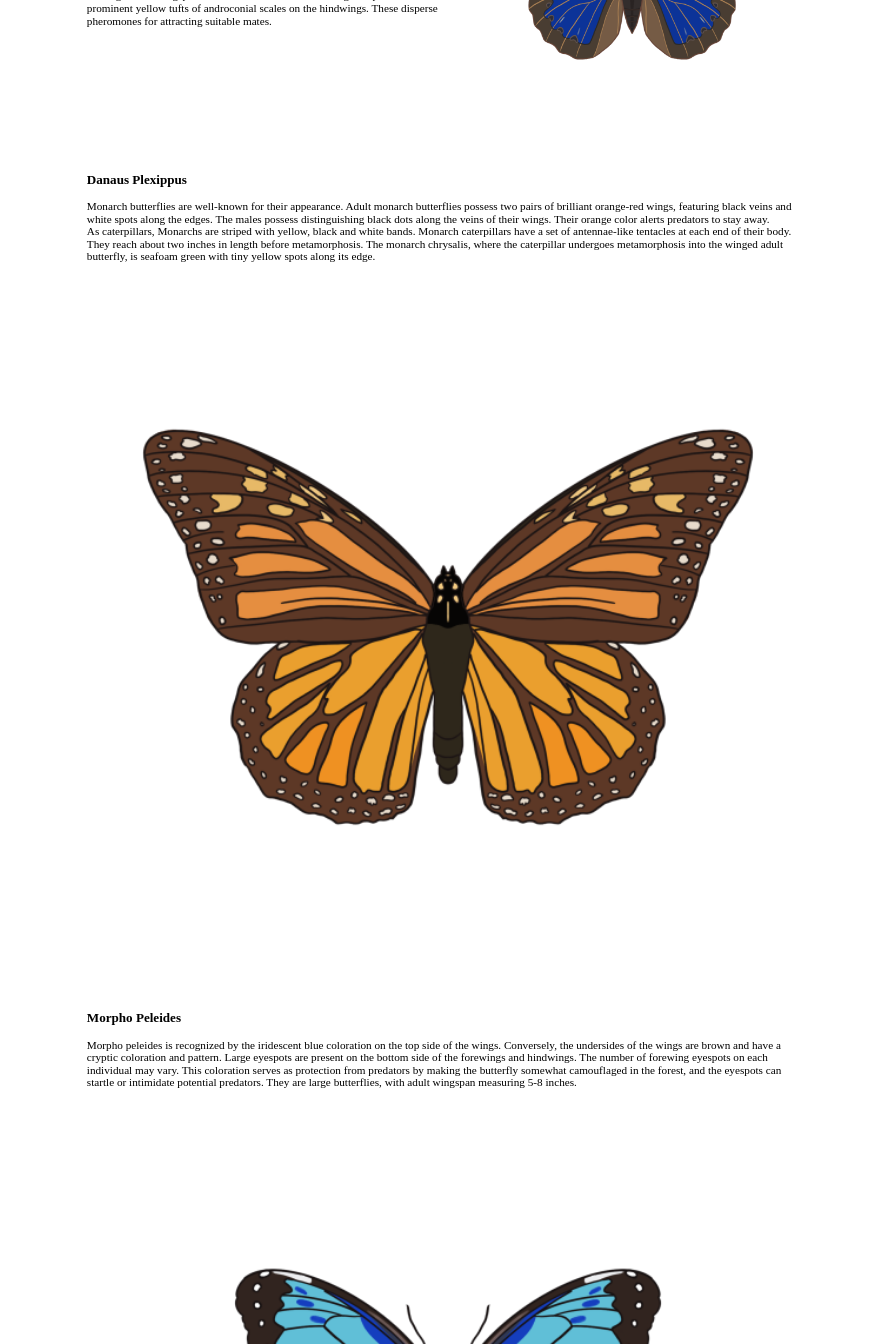
Repository: MeowCeline00/assessment-2
Page: /
These files come from the project's save history. The page is drawn as it stood at one moment and after the next save; the edit follows.
The browser window is 1280 px wide. The pictures show the part of the page from y = 1160 to 3080 px (the page is 8921 px tall before and 8249 px after), at 70% of full size.
The project was rebuilt for these pictures with package versions that can differ from the ones it lists, and the page was loaded fresh each time. The framework's server and built-in components were replaced by stand-ins that run in the browser. Also part of the build but not shown: next.config.mjs.

Above is the page before, as saved 2024-02-07 23:34:43.

### pages/index.js
import Head from "next/head";
import { useState } from "react";
import styles from "@/styles/Home.module.css";
import Header from "@/Components/Header";
import Footer from "@/Components/Footer";
import Contents from "@/Components/Contents";


export default function Home() {

  // Butterfly Patterns
  const classFilters = {
    //key : value
    1: 'Agrias Aedon Hewitson',
    2: 'Danaus Plexippus',
    4: 'Morpho Peleides',
    8: 'Ornithoptera Goliath',
    16: 'Pachliopta Hector',
    32: 'Parides Agavus',
    64: 'Trogonoptera Trojana'
  }

  const [input, setInput] = useState();
                                    // 3
                                    // 2 & 2 Remainder 1
                                    // 1 & 1 Remainder 0
                                    // 9
                                    // 8 & 8 Remainder 1
                                    // 1 & 1 Remainder 0
  const getClassStyle = flagValue => (input & flagValue) > 0 ? {backgroundColor: 'yellow'} : null;

  return (
    <>
      <Head>
        <title>General View of Butterfly Wing Patterns</title>
        <meta name="description" content="General View of Butterfly Wing Patterns" />
        <meta name="viewport" content="width=device-width, initial-scale=1" />
        <link rel="icon" href="/butt_favicon.ico" />
      </Head>
      <Header />
      <main className={`${styles.main}`}>
       <input
       id="input"
       type="text"
       placeholder='Bitmask Decimal'
       value={input}
       onChange={event => setInput(event.target.value)}
       />
       <table>
        <tbody>
          {
            Object.keys(classFilters).map(item => (
              <tr key={item} style={getClassStyle(item)}>
                <td>{item}</td>
                <td>{classFilters[item]}</td>
              </tr>
            ))
          }
        </tbody>
       </table>
       <Contents />
      </main>
      <Footer />
    </>
  );
}

### styles/globals.css
:root {
    --h1: rgb(15, 64, 162);
    --h2: rgb(203, 165, 27);
    --header-background: #d1d1d1;

}

### styles/Home.module.css
.main {
  display: flex;
  flex-direction: column;
  justify-content: space-between;
  align-items: center;
  padding: 6rem;
  min-height: 20vh;
}

### Components/Header/index.js
import Image from 'next/image';
import styles from './Header.module.css';

export default function Header() {
    return (
        <header className={styles.header}>
            <div className={styles.titleArea}>
                <h1> Colorful Butterflies</h1>
                <h2> A General Peek at Butterfly Wing Patterns</h2>
            </div>
            <div className={styles.logoArea}>
                <img src={"/logo.png"} alt="Butterfly Logo" width={350} />
            </div>
        </header>
    );
}

### Components/Footer/index.js
import styles from './Footer.module.css'


export default function Footer() {

    return(
        <footer className={styles.footer}>
            © Created by Congling
        </footer>
    )
}

### Components/Contents/index.js
import Image from 'next/image';
import styles from './Contents.module.css';

export default function Contents() {
    return (
        <contents className={styles.contents}>
            <div className={styles.projectDescription}>
            <h1>About</h1>
            <p>This project is my personal project, trying to explore different patterns for the wings of butterflies.
                On this occasion, I tried to draw several variety of Butterflies as referred to the original breed, including
               Agrias Aedon Hewitson, Danaus Plexippus, Morpho Peleides, Ornithoptera Goliath, Pachliopta Hector, Parides Agavus,
               and Trogonoptera Trojana.
            </p>
            </div>
            <div className={styles.butterflyPatterns}>
              <div className={styles.butterflyPattern}>
                <div className={styles.butterflyDes}>
                <h3>Agrias Aedon Hewitson</h3>
                <p>The species of the genus Agrias have, variously, very bright red, orange,
                    iridescent blue and yellow colouration contrasting on the black or bluish background of their upperside wing.
                    The underside wings are patterned. They have a robust appearance - broad thorax and short wide abdomen, allowing fast flight.
                    The wingspan is 70 to 120 mm. Males of all Agrias species have prominent yellow tufts of androconial scales on the hindwings.
                    These disperse pheromones for attracting suitable mates.</p>
                </div>
                <div className={styles.butterflyPic}>
                <img src={"/agrias_aedon_hewitson.png"} alt="Agrias Aedon Hewitson" width={200} />
                </div>
                </div>
                <div className={styles.buttfly2}>
                <div className={styles.butterflyDes}>
                <h3>Danaus Plexippus</h3>
                <p>Monarch butterflies are well-known for their appearance.
                Adult monarch butterflies possess two pairs of brilliant orange-red wings,
                featuring black veins and white spots along the edges. The males possess distinguishing
                black dots along the veins of their wings. Their orange color alerts predators to stay away.
                <br />
                As caterpillars, Monarchs are striped with yellow, black and white bands.
                Monarch caterpillars have a set of antennae-like tentacles at each end of their body.
                They reach about two inches in length before metamorphosis. The monarch chrysalis,
                where the caterpillar undergoes metamorphosis into the winged adult butterfly,
                is seafoam green with tiny yellow spots along its edge.</p>
                </div>
                <div className={styles.butterflyPic}>
                <img src={"/Danaus_plexippus.png"} alt="Danaus Plexippus" width={200} />
                </div>
                </div>
                <div className={styles.buttfly3}>
                <div className={styles.butterflyDes}>
                <h3>Morpho Peleides</h3>
                <p>Morpho peleides is recognized by the iridescent blue coloration on the top side of the wings.
                    Conversely, the undersides of the wings are brown and have a cryptic coloration and pattern.
                    Large eyespots are present on the bottom side of the forewings and hindwings.
                    The number of forewing eyespots on each individual may vary.
                    This coloration serves as protection from predators by making the butterfly somewhat camouflaged in the forest,
                    and the eyespots can startle or intimidate potential predators.
                    They are large butterflies, with adult wingspan measuring 5-8 inches.</p>
                </div>
                <div className={styles.butterflyPic}>
                <img src={"/morpho_peleides.png"} alt="Morpho Peleides" width={200} />
                </div>
                </div>
                <div className={styles.buttfly4}>
                <div className={styles.butterflyDes}>
                <h3>Ornithoptera Goliath</h3>
                <p>Ornithoptera goliath has a wingspan up to 11 in. This makes it the world's second largest butterfly.
                    The African giant swallowtail reaches an almost equal wingspan.
                    <br />
                    Male. The Goliath birdwing's forewings are black. The costal edge is green and beyond the medium black bar
                    is a large green triangle which reaches the dorsum but not the black sternum. The underside is greenish yellow and greenish.
                    The veins are black and there is a black border. The outer cells have small black spots.
                    The hindwings are golden with a black edge bordered basally by a thin green line.
                    There are some green spots in the cells of the golden area. The underside is similar to the upperside,
                    but there is no black border. The edge is green. The spots in the cells of the golden area are black.
                    The abdomen is yellow with black-edged tergites. The head and thorax are black and the underside of the
                    thorax has tufts of red hair.
                    <br />
                    Female. The female is larger than the male and the basic colour is dark brown.
                    At the outer edge there is a postdiscal chain of white spots. In the discal cell there is a cluster of white spots,
                    sometimes shaped like an "E". The hindwings have a broad yellow postdiscal band with a chain of dark-brown spots in the cells.
                    The underside is very like the upper but the colours are stronger.</p>
                    </div>
                    <div className={styles.butterflyPic}>
                <img src={"/ornithoptera_goliath.png"} alt="Ornithoptera Goliath" width={200} />
                </div>
                </div>
                <div className={styles.buttfly5}>
                <div className={styles.butterflyDes}>
                <h3>Pachliopta Hector</h3>
                <p>The male's upperside is black. Forewing with a broad white interrupted band from the subcostal nervure
                    opposite the origin of veins 10 and 11, extended obliquely to the tornus, and a second short pre-apical similar band;
                    both bands composed of detached irregularly indented broad streaks in the interspaces.
                    Hindwing with a distal posteriorly strongly curved series of seven crimson spots followed by a subterminal series of
                    crimson lunules. Cilia black alternated with white. Underside: forewing dull brownish black, hindwing black;
                    markings as on the upperside, but the crimson spots and crescent-shaped markings on the hindwing larger.
                    Antennae, thorax and abdomen above at base, black; head and rest of the abdomen bright crimson; beneath:
                    iho palpi, the sides of the thorax and abdomen crimson.
                    <br />
                    The female is similar, the discal series of spots and subterminal lunules much duller,
                    pale crimson sprinkled with black scales; in some specimens the anterior spots and lunules almost white barely
                    tinged with crimson; abdomen above with the black colour extended further towards the apex.
                    </p>
                    </div>
                    <div className={styles.butterflyPic}>
                <img src={"/pachliopta_hector.png"} alt="Pachliopta Hector" width={200} />
                </div>
                </div>
                <div className={styles.buttfly6}>
                <div className={styles.butterflyDes}>
                <h3>Parides Agavus</h3>
                <p>The Parides agavus, also known as the Agavus Swallowtail, is a visually striking butterfly that belongs
                    to the Papilionidae family. Its wingspan can range from 3 to 4 inches, showcasing a bold contrast of colors and patterns.
                    The primary coloration of its wings is a deep, glossy black, which serves as a dramatic backdrop for the vibrant
                    red or pink bands that adorn the edges of its hindwings. These vivid markings are complemented by smaller,
                    iridescent blue or green spots that add a touch of shimmer and complexity to its appearance.
                    The butterfly's body is slender and predominantly black, with legs that may have hints of red.
                    Its distinctive tail-like extensions on the hindwings, characteristic of swallowtail butterflies,
                    enhance its elegant silhouette, making the Parides agavus a remarkable specimen in the butterfly world.</p>
                </div>
                <div className={styles.butterflyPic}>
                <img src={"/parides_agavus.png"} alt="Parides Agavus" width={200} />
                </div>
                </div>
                <div className={styles.buttfly7}>
                <div className={styles.butterflyDes}>
                <h3>Trogonoptera Trojana</h3>
                <p>
                    The Trogonoptera trojana, known as the Rajah Brooke's Birdwing, is an exquisite and large butterfly,
                    hailing from the Birdwing genus that captivates with its sheer size and stunning coloration.
                    Typically, the wingspan of this magnificent creature can stretch up to about 7 inches,
                    making it one of the larger species within the butterfly realm. The male of the species boasts a velvety black color
                    on the upper side of its wings, dramatically offset by an electric green or turquoise hue that forms broad,
                    iridescent bands across the forewings and a series of smaller, similarly colored streaks on the hindwings.
                    This contrast is not only striking but serves as a natural spectacle in the wild. The female, while larger,
                    tends to have a more subdued color palette, with wings that are predominantly brown or black,
                    accented with white or cream-colored spots. The Trogonoptera trojana's body is slender,
                    with the thorax and abdomen often matching the dark hue of the wings, creating a cohesive and sleek appearance.
                    The elegant, yet powerful flight of this butterfly, coupled with its vivid coloration,
                    makes it a breathtaking sight in its natural rainforest habitats</p>
                    </div>
                    <div className={styles.butterflyPic}>
                <img src={"/trogonoptera_trojana.png"} alt="Trogonoptera Trojana" width={200} />
                </div>
                </div>
            </div>
        </contents>
    );
}

### Components/Header/Header.module.css
.header {
    display: flex;
    justify-content: space-between;
    align-items: center;
    padding: 20px;
    background-color: var(--header-background);
}

.titleArea {
    display: flex;
    flex-direction: column;
    padding-left: 20%;
}

.titleArea h1 {
    color: var(--h1);
    font-size: xx-large;
    font-family: Impact, Haettenschweiler, 'Arial Narrow Bold', sans-serif;
}

.titleArea h2 {
    color: var(--h2);
    font-family: 'Franklin Gothic Medium', 'Arial Narrow', Arial, sans-serif;
}

.logoArea {
  display: flex;
  padding-right: 20%;
}

### Components/Footer/Footer.module.css
.footer{
    text-align: center;
    font-weight: bold;
    font-family: Georgia, 'Times New Roman', Times, serif;
    font-size: larger;
    background-color: var(--header-background);
    color: var(--h1);
}

### Components/Contents/Contents.module.css
.contents {
    display: flex;
    flex-direction: column;
    margin: 20px;
}

.projectDescription {
    margin-bottom: 20px;
}

.butterflyPatterns {
    display: flex;
    flex-direction: column;
}

.butterflyPattern {
    display: flex;
    justify-content: space-between;
    align-items: center;
    margin-bottom: 20px;
}

.butterflyDes {
    flex: 1; /* Assigns 50% of the space to the description */
    padding-right: 20px; /* Adds some space between the text and the image */
}

.butterflyPic {
    flex: 1; /* Assigns 50% of the space to the picture */
    display: flex;
    justify-content: flex-start; /* Aligns the image to the start of the flex item */
}

.butterflyPic img {
    width: 100%; /* Full width of the flex item */
    height: auto; /* Keeps the aspect ratio of the image */
}

Loaded but not shown: pages/_app.js (common file); pages/_document.js (common file)

After the next save:
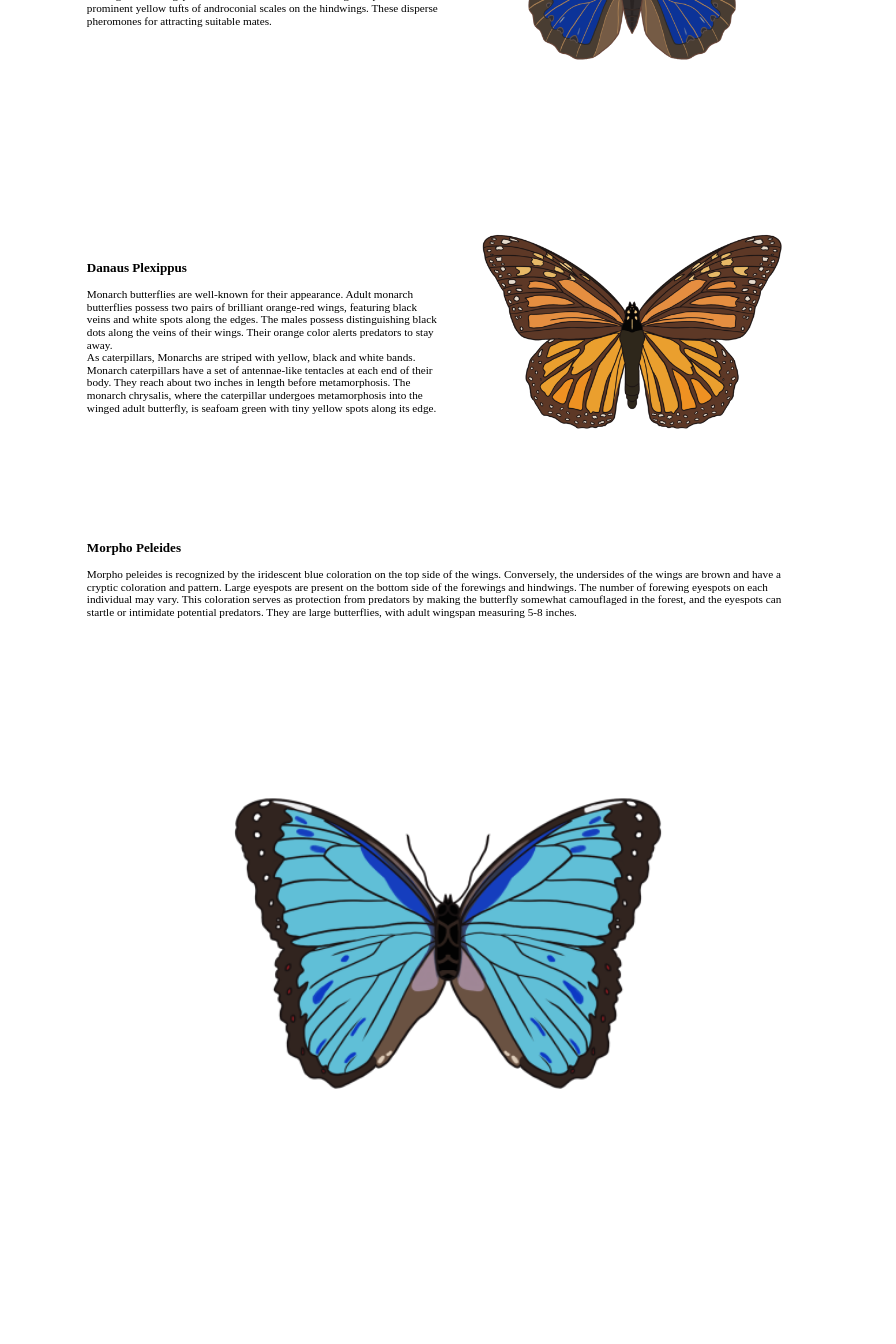
Saved 12 s later.
--- a/Components/Contents/index.js
+++ b/Components/Contents/index.js
@@ -26,7 +26,7 @@ export default function Contents() {
                 <img src={"/agrias_aedon_hewitson.png"} alt="Agrias Aedon Hewitson" width={200} />
                 </div>
                 </div>
-                <div className={styles.buttfly2}>
+                <div className={styles.butterflyPattern}>
                 <div className={styles.butterflyDes}>
                 <h3>Danaus Plexippus</h3>
                 <p>Monarch butterflies are well-known for their appearance.
